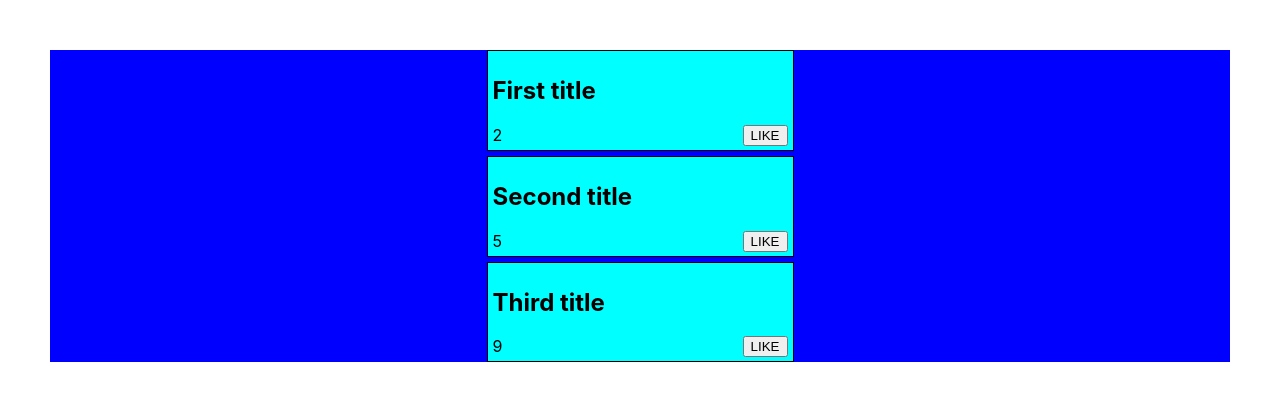
Repository: asapvtec98/egzamin
Page: /
The author's editor kept a copy of each file at every save. The page is drawn from the files as they stood at one save, then again after a run of saves.
The browser window is 1280 px wide. The pictures show the whole page.
The project was rebuilt for these pictures with package versions that can differ from the ones it lists, and the page was loaded fresh each time.

Above is the page before, as saved 2023-11-14 12:35:45.

After the next 2 saves:
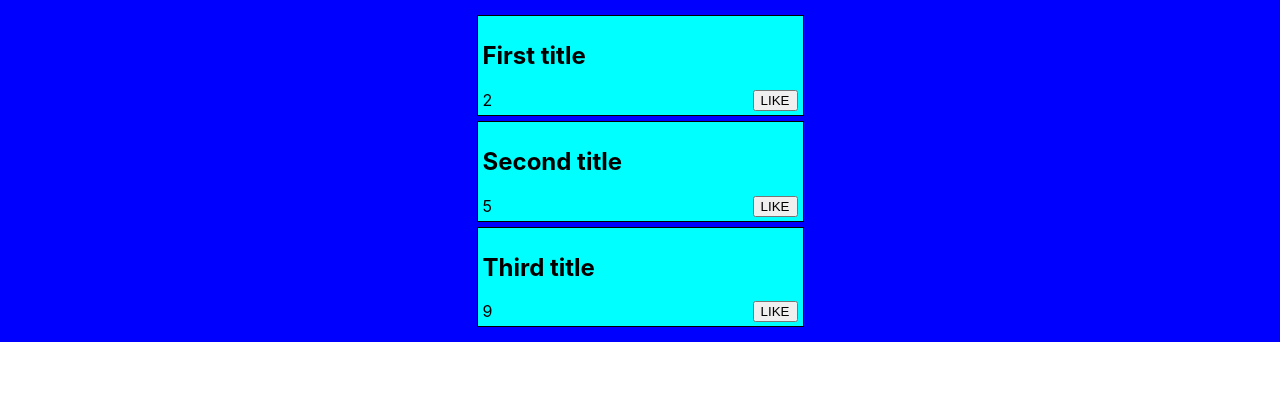
The 2 saves are shown as one change because they came seconds apart.
The last was saved 5 s later.
--- a/src/App.css
+++ b/src/App.css
@@ -2,5 +2,5 @@
 .App {
   background-color: blue;
   width: auto;
-  margin: 50px;
+  padding: 10px;
 }
